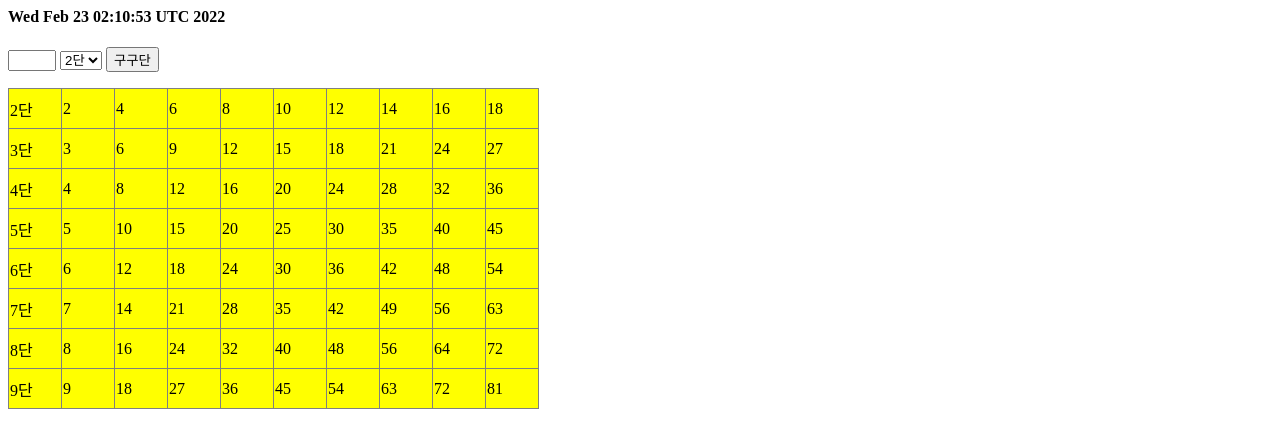
Repository: JavaJin96/kr.or.ddit.WebApp
Page: http://localhost/webStudy01/model2/gugudan.do
The author's editor kept a copy of each file at every save. The page is drawn from the files as they stood at one save, then again after the next save.
The browser window is 1280 px wide. The pictures show the whole page.
The page is served by Tomcat 9.

Above is the page before, as saved 2022-02-28 03:16:10.

After the next save:
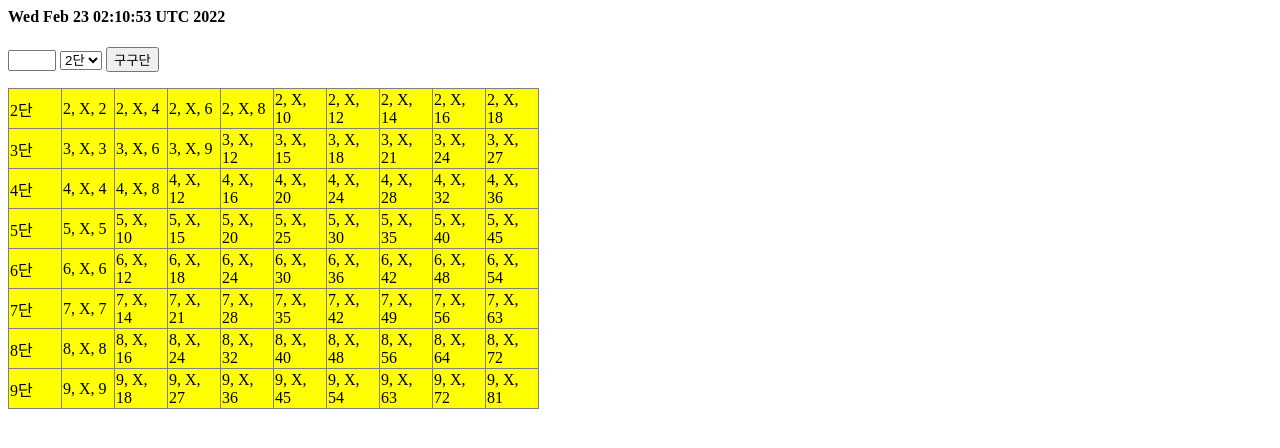
Saved 3 min 27 s later.
--- a/6.JspSpring/workspace/webStudy01/src/kr/or/ddit/servlet03/Model2GugudanServlet.java
+++ b/6.JspSpring/workspace/webStudy01/src/kr/or/ddit/servlet03/Model2GugudanServlet.java
@@ -23,8 +23,8 @@ public class Model2GugudanServlet extends HttpServlet{
 		for(int i = 2; i <= 9; i ++) {
 			html.append(String.format("<tr><td> %d단 </td>", i));
 			for(int j = 1; j <= 9; j ++) {
-				html.append(String.format("<td> %d </td> ",
-						i*j));
+				html.append(String.format("<td> %d, %s, %d </td> ",
+						i,"X",i*j));
 			}
 			html.append("</tr>\n");
 		}
